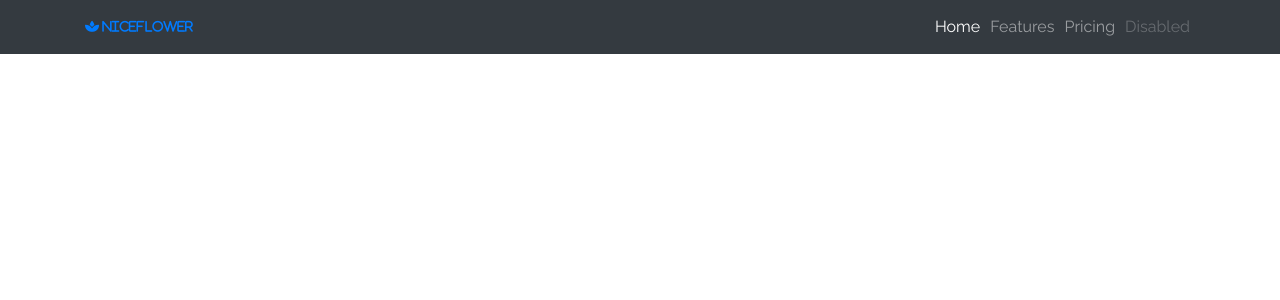
Repository: KrzysKolo/Projekt-13_Kwiaciarnia
Page: index.html
The author's editor kept a copy of each file at every save. The page is drawn from the files as they stood at one save, then again after the next save.
The browser window is 1280 px wide. The pictures show the whole page.
Some web libraries are served in a nearby version.

Above is the page before, as saved 2020-08-07 12:32:45.

### index.html
<!DOCTYPE html>
<html lang="pl">
  <head>
    <meta charset="UTF-8" />
    <meta name="viewport" content="width=device-width, initial-scale=1.0" />
    <title>Nice-Flower</title>
    <script
      src="https://kit.fontawesome.com/21efeaf281.js"
      crossorigin="anonymous"
    ></script>

    <link
      rel="stylesheet"
      href="https://stackpath.bootstrapcdn.com/bootstrap/4.5.0/css/bootstrap.min.css"
      integrity="sha384-9aIt2nRpC12Uk9gS9baDl411NQApFmC26EwAOH8WgZl5MYYxFfc+NcPb1dKGj7Sk"
      crossorigin="anonymous"
    />
    <link
      href="https://fonts.googleapis.com/css2?family=Raleway:wght@400;700&display=swap"
      rel="stylesheet"
    />
    <link rel="stylesheet" href="style.css" />
  </head>
  <body>
    <nav class="navbar navbar-expand-lg navbar-dark bg-dark py-3">
      <div class="container">
        <a class="navbar-brand" href="#"
          ><i class="fas fa-spa text-primary">
            Nice<span class="text-primary">Flower</span></i
          ></a
        >
        <button
          class="navbar-toggler"
          type="button"
          data-toggle="collapse"
          data-target="#navbarNavAltMarkup"
          aria-controls="navbarNavAltMarkup"
          aria-expanded="false"
          aria-label="Toggle navigation"
        >
          <span class="navbar-toggler-icon"></span>
        </button>
        <div class="collapse navbar-collapse" id="navbarNavAltMarkup">
          <div class="navbar-nav ml-auto">
            <a class="nav-link active" href="#"
              >Home <span class="sr-only">(current)</span></a
            >
            <a class="nav-link" href="#">Features</a>
            <a class="nav-link" href="#">Pricing</a>
            <a
              class="nav-link disabled"
              href="#"
              tabindex="-1"
              aria-disabled="true"
              >Disabled</a
            >
          </div>
        </div>
      </div>
    </nav>

    <script
      src="https://code.jquery.com/jquery-3.5.1.slim.min.js"
      integrity="sha384-DfXdz2htPH0lsSSs5nCTpuj/zy4C+OGpamoFVy38MVBnE+IbbVYUew+OrCXaRkfj"
      crossorigin="anonymous"
    ></script>
    <script
      src="https://cdn.jsdelivr.net/npm/popper.js@1.16.0/dist/umd/popper.min.js"
      integrity="sha384-Q6E9RHvbIyZFJoft+2mJbHaEWldlvI9IOYy5n3zV9zzTtmI3UksdQRVvoxMfooAo"
      crossorigin="anonymous"
    ></script>
    <script
      src="https://stackpath.bootstrapcdn.com/bootstrap/4.5.0/js/bootstrap.min.js"
      integrity="sha384-OgVRvuATP1z7JjHLkuOU7Xw704+h835Lr+6QL9UvYjZE3Ipu6Tp75j7Bh/kR0JKI"
      crossorigin="anonymous"
    ></script>
  </body>
</html>

### style.css
* {
  box-sizing: border-box;
  margin: 0;
  padding: 0;
}
html {
  font-size: 62.5%;
}
body {
  font-family: "Raleway", sans-serif;
  font-size: 1.6rem;
}

After the next save:
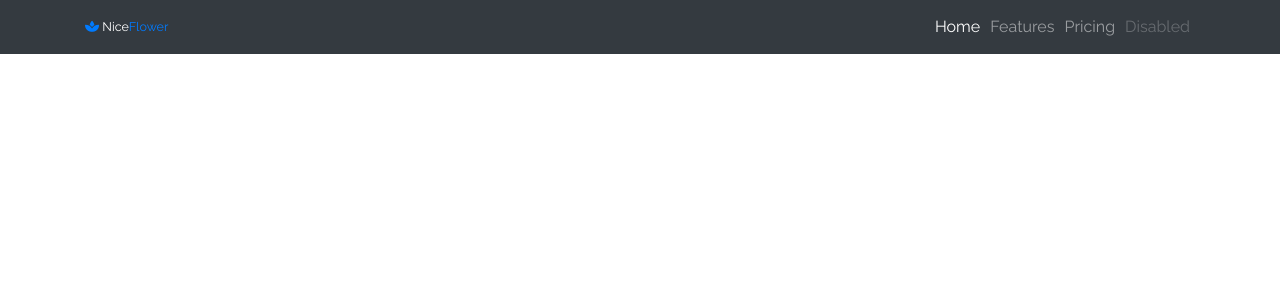
Saved 36 s later.
--- a/index.html
+++ b/index.html
@@ -25,8 +25,9 @@
     <nav class="navbar navbar-expand-lg navbar-dark bg-dark py-3">
       <div class="container">
         <a class="navbar-brand" href="#"
-          ><i class="fas fa-spa text-primary">
-            Nice<span class="text-primary">Flower</span></i
+          ><i class="fas fa-spa text-primary"></i> Nice<span
+            class="text-primary"
+            >Flower</span
           ></a
         >
         <button
